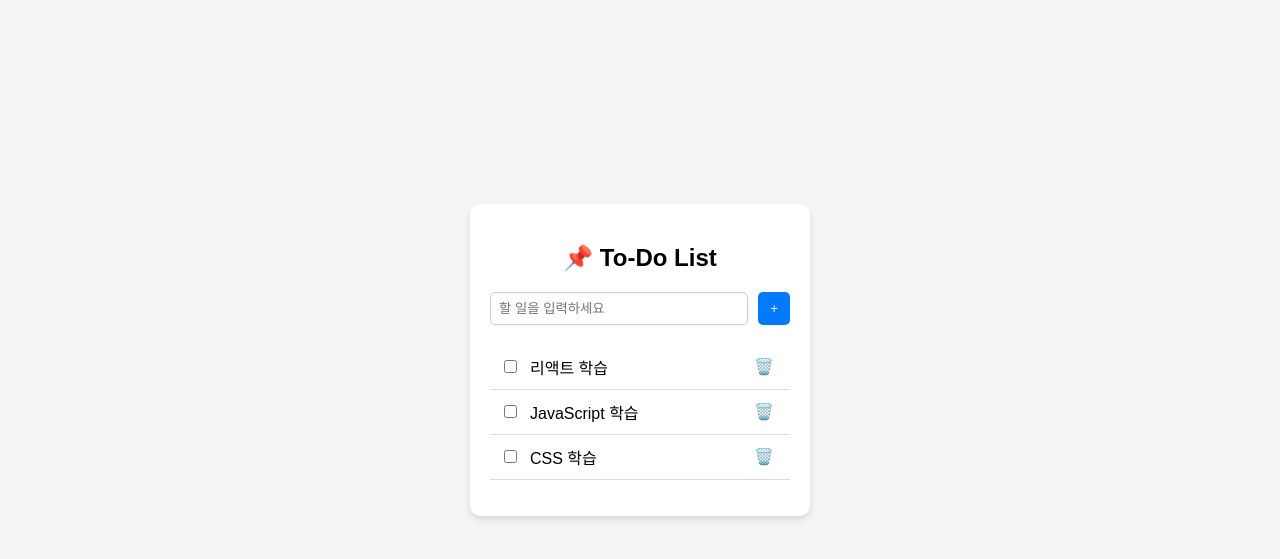
Repository: jongheonleee/todo-list
Page: /
The author's editor kept a copy of each file at every save. The page is drawn from the files as they stood at one save, then again after the next save.
The browser window is 1280 px wide. The pictures show the whole page.
The project was rebuilt for these pictures with package versions that can differ from the ones it lists, and the page was loaded fresh each time. Also part of the build but not shown: src/components/InputForm.js, src/components/ToDoItem.css, src/components/ToDoItem.js, src/components/ToDoList.css, src/components/ToDoList.js.

Above is the page before, as saved 2025-02-18 14:59:15.

### src/App.js

import React from "react";
import "./App.css";
import InputForm from "./components/InputForm";
import ToDoList from "./components/ToDoList";


const App = () => {
  // 기본적으로 보여줄 리스트
  const items = [
    {
      id : 1,
      text : "리액트 학습",
      done : false
    },

    {
      id : 2,
      text : "JavaScript 학습",
      done : false
    },

    {
      id : 3,
      text : "CSS 학습",
      done : false
    }
  ];


  return (
    <div className="board">
      <div className="container">
        <h2>📌 To-Do List</h2>
        <div className="input-area">
          <input type="text" placeholder="할 일을 입력하세요" />
          <button className="add-btn">+</button>
        </div>
        <ul className="todo-list">
          <li>
            <div className="todo-item">
              <input type="checkbox" />
              <span>리액트 학습</span>
            </div>
            <button className="delete-btn">🗑️</button>
          </li>
          <li>
            <div className="todo-item">
              <input type="checkbox" />
              <span>JavaScript 학습</span>
            </div>
            <button className="delete-btn">🗑️</button>
          </li>
          <li>
            <div className="todo-item">
              <input type="checkbox" />
              <span>CSS 학습</span>
            </div>
            <button className="delete-btn">🗑️</button>
          </li>
        </ul>
      </div>
    </div>
  );
}

export default App;

### src/App.css
/* styles.css */
.board {
  font-family: Arial, sans-serif;
  background-color: #f4f4f4;
  display: flex;
  justify-content: center;
  align-items: center;
  height: 100vh;
  margin: 0;
}

.container {
  background: white;
  padding: 20px;
  border-radius: 10px;
  box-shadow: 0 4px 6px rgba(0, 0, 0, 0.1);
  width: 300px;
}

h2 {
  text-align: center;
  margin-bottom: 20px;
}

.input-area {
  display: flex;
  gap: 10px;
}

input[type="text"] {
  flex: 1;
  padding: 8px;
  border: 1px solid #ccc;
  border-radius: 5px;
}

.add-btn {
  background: #007bff;
  color: white;
  border: none;
  padding: 8px 12px;
  cursor: pointer;
  border-radius: 5px;
}

.add-btn:hover {
  background: #0056b3;
}

.todo-list {
  list-style: none;
  padding: 0;
  margin-top: 20px;
}

.todo-list li {
  display: flex;
  justify-content: space-between;
  align-items: center;
  padding: 10px;
  border-bottom: 1px solid #ddd;
}

.todo-item {
  display: flex;
  align-items: center;
  gap: 10px;
}

.delete-btn {
  background: none;
  border: none;
  color: red;
  cursor: pointer;
  font-size: 16px;
}

.delete-btn:hover {
  color: darkred;
}

Loaded but not shown: public/index.html (common file); src/index.js (common file); src/index.css (common file); src/reportWebVitals.js (common file)

After the next save:
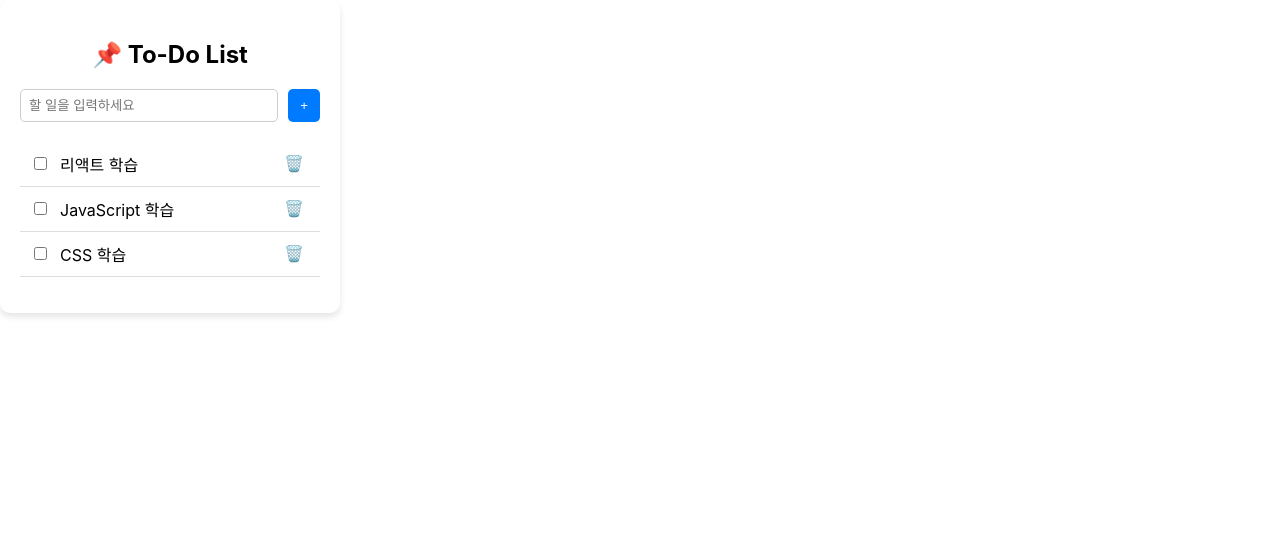
Saved 30 s later.
--- a/src/App.js
+++ b/src/App.js
@@ -29,7 +29,7 @@
 
 
   return (
-    <div className="board">
+    <>
       <div className="container">
         <h2>📌 To-Do List</h2>
         <div className="input-area">
@@ -60,7 +60,7 @@
           </li>
         </ul>
       </div>
-    </div>
+    </>
   );
 }
 

After the 2 saves that followed:
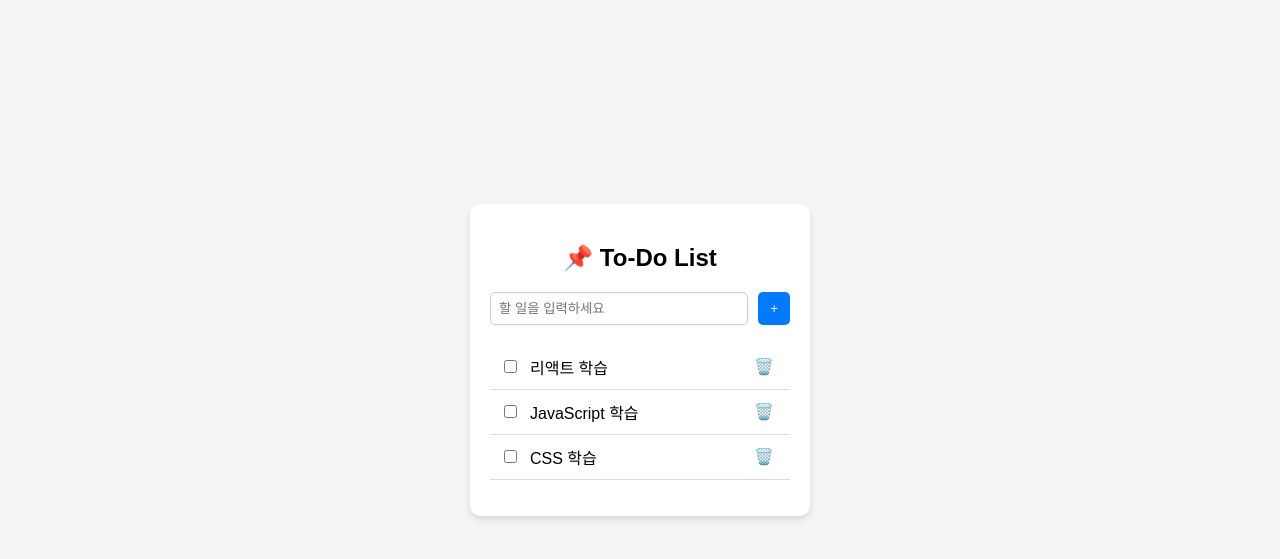
The 2 saves are shown as one change because 1 left the picture as it was.
The last was saved 54 s later.
--- a/src/App.js
+++ b/src/App.js
@@ -29,8 +29,8 @@
 
 
   return (
-    <>
-      <div className="container">
+    <div className="container">
+      <div className="sub-container">
         <h2>📌 To-Do List</h2>
         <div className="input-area">
           <input type="text" placeholder="할 일을 입력하세요" />
@@ -60,7 +60,7 @@
           </li>
         </ul>
       </div>
-    </>
+    </div>
   );
 }
 
--- a/src/App.css
+++ b/src/App.css
@@ -1,5 +1,5 @@
 /* styles.css */
-.board {
+.container {
   font-family: Arial, sans-serif;
   background-color: #f4f4f4;
   display: flex;
@@ -9,7 +9,7 @@
   margin: 0;
 }
 
-.container {
+.sub-container {
   background: white;
   padding: 20px;
   border-radius: 10px;
